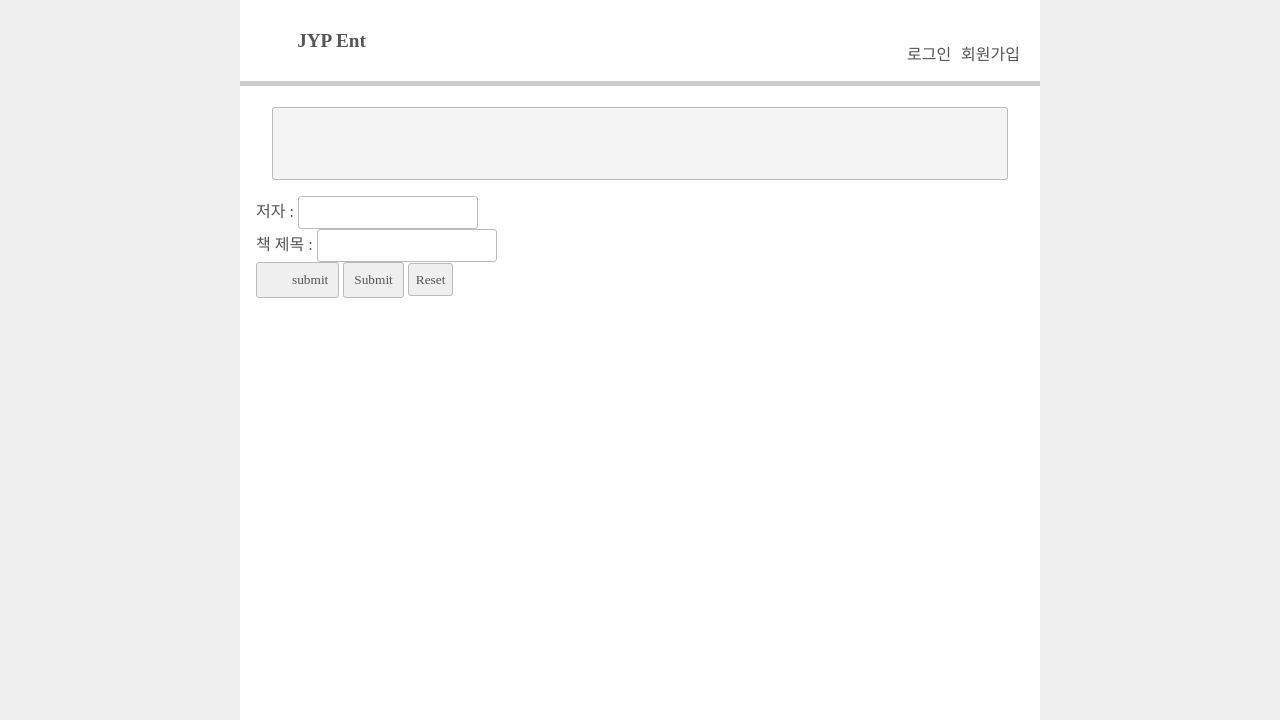
Repository: junyong231/JSP-SSIT
Page: http://localhost/jspPro/days01/ex02.jsp
The author's editor kept a copy of each file at every save. The page is drawn from the files as they stood at one save, then again after the next save.
The browser window is 1280 px wide. The pictures show the whole page.
Some web fonts or font styles are not loaded; a fallback is used. The page is served by Tomcat 9. Nobody is signed in. The application's start-up code is not run. Other server files are loaded and not shown.

Above is the page before, as saved 2024-10-15 03:18:13.

### jspPro/src/main/webapp/days01/ex02.jsp
<%@ page contentType="text/html; charset=UTF-8" pageEncoding="UTF-8"%>
<!DOCTYPE html>
<html>
<head>
<meta charset="UTF-8">
<title>Insert title here</title>
<link rel="shortcut icon" type="image/x-icon" href="http://localhost/jspPro/images/SiSt.ico">
<script src="https://ajax.googleapis.com/ajax/libs/jquery/3.7.1/jquery.min.js"></script>
<meta name="viewport" content="width=device-width, initial-scale=1.0">
<meta name="google" content="notranslate">
<link rel="stylesheet" href="http://localhost/jspPro/resources/cdn-main/example.css">
<script src="http://localhost/jspPro/resources/cdn-main/example.js"></script>
<style>
 span.material-symbols-outlined{
    vertical-align: text-bottom;
 }
</style>
</head>
<body>
<header>
  <h1 class="main"><a href="#" style="position: absolute;top:30px;">JYP Ent</a></h1>
  <ul>
    <li><a href="#">로그인</a></li>
    <li><a href="#">회원가입</a></li>
  </ul>
</header>
<div>
  <xmp class="code">

  </xmp>

  <form action="">
  저자 : <input type="text" id="title" name="title" > <br>
  책 제목 : <input type="text" id="author" name="author"> <br>
  <button type="button">submit</button>
  <input type="submit">
  <input type="reset">
  </form>

</div>
<script>

</script>
</body>
</html>

### jspPro/src/main/webapp/resources/cdn-main/example.css
@charset "UTF-8";

@import url('https://fonts.googleapis.com/css2?family=Material+Symbols+Outlined:opsz,wght,FILL,GRAD@20..48,100..700,0..1,-50..200');

@font-face {
    font-family: 'GmarketSansMedium';
    src: url('https://cdn.jsdelivr.net/gh/projectnoonnu/noonfonts_2001@1.1/GmarketSansMedium.woff') format('woff');
    font-weight: normal;
    font-style: normal;
}

:root {
	--text-color: #555;
	--sub-text-color: #777;
	--back-color: #EFEFEF;
	--header-color: #444;
	--primary-color: #DEDEDE;
	--secondary-color: #EFEFEF;
	--default-width: 800px;
	--narrow-width: 500px;
	--wide-width: 1200px;
	--text-font: 'GmarketSansMedium';
	--icon-font: 'Material Symbols Outlined';
	--border-color: #CCC;
}

html, body {
	margin: 0;
	padding: 0;
}

html {
	background-color: var(--back-color);
	display: flex;
	justify-content: center;
	min-height: 100vh;
}

body, body.default {
	width: var(--default-width);
	background-color: white;
	padding-bottom: 120px;
}

body.wide {
	width: var(--wide-width);
}

body.narrow {
	width: var(--narrow-width);
}



body, p, div, span, a, input, select, option, textarea, button, table, th, td, label, fieldset, legend {
	font-family: var(--text-font);
	color: var(--text-color);
}

h1, h2, h3 {
	font-family: var(--text-font);
	color: var(--header-color);
	padding: 0 1rem;
	padding-top: .5rem;
}

div > h1, div > h2, div > h3 {
	padding: 0;
}

body > div, body > main > div {
	padding: 0.3rem 1rem;
}


h1 { font-size: 2rem; border-bottom: 1px solid var(--border-color); }
h1 small { font-size: 1.2rem; color: var(--sub-text-color); }
h2 { font-size: 1.5rem; border-bottom: 1px dashed var(--border-color); }
h2 small { font-size: 1.1rem; color: --sub-text-color; }
h3 { font-size: 1.2rem; }
h3 small { font-size: 1rem; color: --sub-text-color; }



h1.main::before {
	font-family: var(--icon-font);
  	content: '\e666';
  	margin-right: 10px;
  	float: left;
	font-size: 2.5rem;
}

h1.sub::before {
	font-family: var(--icon-font);
  	content: '\ea19';
  	margin-right: 10px;
  	float: left;
	font-size: 2.5rem;
}


h1.page::before {
	font-family: var(--icon-font);
  	content: '\e0e0';
  	margin-right: 10px;
  	float: left;
	font-size: 2.5rem;
}

body > header > ul > li > .active{
	background-color: #FFF;
	color:#F00;
}

body > header {
	display: flex;
	justify-content: space-between;
	border-bottom: 5px solid var(--border-color);
	min-height: 74px;
	background-color: #FFF;
}

body > header.sticky {
	position: sticky;
	top: 0;
	z-index: 98;
}

body > header > h1 {
	font-size: 1.2rem;
	border: 0;
}

body > header.in > h1::before {
	font-family: var(--icon-font);
  	content: '\e332‥';
  	margin-right: 3px;
  	float: left;
	font-size: 2rem;
}


body > header > ul {
	list-style-type: none;
	display: flex;
	align-items: flex-end;
	margin-right: 10px;
}

body > header > ul > li {
	margin-right: 10px;
	cursor: pointer;
}

body > header > ul > li > a {
	cursor: pointer;
}


form {
	display: block;
}

form > div {
	padding: 0.3rem 1rem;
}

div > form > div {
	padding: 0.3rem 0;
}

input, textarea, button, select {
	border: 1px solid #BBB;
	border-radius: 3px;
	outline: none;
	resize: none;
	padding: 7px;
	margin: 0;
}

input[type=text]:read-only, textarea:read-only {
	cursor: not-allowed;
	background-color: #FFF;
}

input[type=text]:disabled, textarea:disabled {
	cursor: not-allowed;
	background-color: #EEE;
}

input[type=text], input[type=password], textarea, button, select {
	/* width: 300px; */
}

textarea {
	display: block;
	height: 100px;
}

input[type=button], input[type=submit], button {
	/* width: inherit; */
}

input.short, textarea.short, button.short, select.short {
	width: 100px;
}

input.long, textarea.long, button.long, select.long {
	width: 350px;
}

.narrow input.long, .narrow textarea.long, .narrow button.long, .narrow select.long {
	width: calc(100% - 20px);
}

input.full, textarea.full, button.full, select.full {
	width: calc(100% - 20px);
}

textarea.short {
	height: 50px;
}

textarea.long {
	height: 100px;
}

textarea.full {
	height: 200px;
}

input, textarea {
	padding-top: 8px;
}

input[type=button], input[type=submit], button {
	padding: 5px 10px;
	background-color: var(--secondary-color);
	cursor: pointer;
	min-height: 36px;
}

input[type=button].primary, input[type=submit].primary, button.primary {
	/* background-color: rgba(100, 149, 237, .2); */
	background-color: var(--primary-color);
}

input[type=button].primary:hover, input[type=submit].primary:hover, button.primary:hover {
	/* background-color: rgba(100, 149, 237, .3); */
	background-color: var(--secondary-color);
}

input[type=button]:hover, input[type=submit]:hover, button:hover {
	background-color: var(--primary-color);
}

button {
	position: relative;
	left: 0;
	top: 0;
	padding-left: 35px;
}

button .material-symbols-outlined {
	position: absolute;
	left: 10px;
	top: 4px;
}

/* k2nik add */
button.login::before {
	font-family: var(--icon-font);
  	content: '\ea77';
	position: absolute;
	left: 11px;
	top: 4px;
	font-size: 1.25rem;
}

/* k2nik logout */
button.logout::before {
	font-family: var(--icon-font);
  	content: '\e9ba';
	position: absolute;
	left: 11px;
	top: 4px;
	font-size: 1.25rem;
}

/* k2nik help */
button.help::before {
	font-family: var(--icon-font);
  	content: '\f1c0';
	position: absolute;
	left: 11px;
	top: 4px;
	font-size: 1.25rem;
}

button.add::before{
	font-family: var(--icon-font);
  	content: '\e746';
	position: absolute;
	left: 11px;
	top: 4px;
	font-size: 1.25rem;
}

button.back::before {
	font-family: var(--icon-font);
  	content: '\e166';
	position: absolute;
	left: 11px;
	top: 4px;
	font-size: 1.25rem;
}

button.list::before {
	font-family: var(--icon-font);
  	content: '\e0ee';
	position: absolute;
	left: 11px;
	top: 4px;
	font-size: 1.25rem;
}


button.del::before {
	font-family: var(--icon-font);
  	content: '\e872';
	position: absolute;
	left: 11px;
	top: 4px;
	font-size: 1.25rem;
}


button.edit::before {
	font-family: var(--icon-font);
  	content: '\e745';
	position: absolute;
	left: 11px;
	top: 4px;
	font-size: 1.25rem;
}


button.login::before {
	font-family: var(--icon-font);
  	content: '\ea77';
	position: absolute;
	left: 11px;
	top: 4px;
	font-size: 1.25rem;
}


button.logout::before {
	font-family: var(--icon-font);
  	content: '\e9ba';
	position: absolute;
	left: 11px;
	top: 4px;
	font-size: 1.25rem;
}


button.in::before {
	font-family: var(--icon-font);
  	content: '\f71a';
	position: absolute;
	left: 11px;
	top: 4px;
	font-size: 1.25rem;
}


button.out::before {
	font-family: var(--icon-font);
  	content: '\f70e';
	position: absolute;
	left: 11px;
	top: 4px;
	font-size: 1.25rem;
}


button.reply::before {
	font-family: var(--icon-font);
  	content: '\e15e';
	position: absolute;
	left: 11px;
	top: 4px;
	font-size: 1.25rem;
}


button.comment::before {
	font-family: var(--icon-font);
  	content: '\e0b9';
	position: absolute;
	left: 11px;
	top: 4px;
	font-size: 1.25rem;
}


button.modal::before {
	font-family: var(--icon-font);
  	content: '\e89e';
	position: absolute;
	left: 11px;
	top: 4px;
	font-size: 1.25rem;
}


button.ok::before {
	font-family: var(--icon-font);
  	content: '\e86c';
	position: absolute;
	left: 11px;
	top: 4px;
	font-size: 1.25rem;
}


button.cancel::before {
	font-family: var(--icon-font);
  	content: '\e5c9';
	position: absolute;
	left: 11px;
	top: 4px;
	font-size: 1.25rem;
}

button.search::before {
	font-family: var(--icon-font);
  	content: '\e8b6';
	position: absolute;
	left: 11px;
	top: 4px;
	font-size: 1.25rem;
}

button.home::before {
	font-family: var(--icon-font);
  	content: '\e88a';
	position: absolute;
	left: 11px;
	top: 4px;
	font-size: 1.25rem;
}


button.sidebar::before {
	font-family: var(--icon-font);
  	content: '\f7e4';
	position: absolute;
	left: 11px;
	top: 4px;
	font-size: 1.25rem;
}


button.sidebar-right::before {
	font-family: var(--icon-font);
  	content: '\f7e5';
	position: absolute;
	left: 11px;
	top: 4px;
	font-size: 1.25rem;
}




button::before {
	font-family: var(--icon-font);
  	content: '\e323';
	position: absolute;
	left: 11px;
	top: 4px;
	font-size: 1.25rem;
}


table {
	border-collapse: collapse;
	margin: 1rem;
	box-sizing: border-box;
	width: calc(100% - 32px);
}

table.content {
	width: auto;
}

div > table {
	margin: 0;
}

table th, table td {
	border: 1px solid var(--border-color);
	padding: 7px;
	font-weight: normal;
}

table th {
	background-color: var(--back-color);
}

table.vertical th {
	width: 150px;
}

table.vertical td {
	width: calc(100% - 182px);
	padding-left: 10px;
}

table.content td, table.content th {
	width: auto;
}

body.narrow table.vertical th {
	width: 100px;
}

body.narrow table.vertical td {
	width: calc(100% - 182px);
}


table + table {
	margin-top: 30px;
}


p {
	padding: 0 1rem;
}

a {
	text-decoration: none;
}

a:hover {
	color: rgba(255, 99, 71, .7);
}

hr {
	border: 0;
	border-top: 1px solid var(--border-color);
	margin: 2rem 0;
}

.message {
	border: 1px solid var(--border-color);
	background-color: #EFEFEF;
	margin: 1rem;
	width: auto;
	padding-top: 10px;
	padding-bottom: 10px;
	font-size: 14px;
}

.message[title]::before {
	content: attr(title);
	display: block;
	border-bottom: 1px solid var(--border-color);
	padding-bottom: 5px;
	margin-bottom: 10px;
	margin-top: 7px;
}

.message.short {
	max-width: 250px;
}

.message.long {
	max-width: 500px;
}

.badge {
	float: right;
	font-size: .8rem;
	margin-top: 2px;
	margin-right: 2px;
	text-shadow: 0 0 7px gray;
}

.badge.left {
	float: none;
	margin-left: 2px;
}

.badge.right {
	float: right;
}

.badge.red {
	border-radius: 50%;
	padding: 2px 5px;
	background-color: rgb(255, 99, 71, .3);
}

.badge.yellow {

	border-radius: 50%;
	padding: 2px 5px;
	background-color: rgb(255, 215, 0, .5);
}

.badge.blue {
	border-radius: 50%;
	padding: 2px 5px;
	background-color: rgb(100, 149, 237, .3);
}

label + label {
	margin-left: 7px;
}

label input[type=checkbox], label input[type=radio] {
	transform: translate(0, 1px);
}

.group {
	display: flex;
}

.modal-content .group {
	margin-bottom: .5rem;
}

.group label {
	border: 1px solid #BBB;
	border-radius: 3px;
	outline: none;
	resize: none;
	padding: 7px 14px;
	margin: 0;
	border-top-right-radius: 0;
	border-bottom-right-radius: 0;
	background-color: #EFEFEF;
	white-space: nowrap;
	font-size: 14px;
}

.group input[type=text] {
	margin-left: -1px;
	border-top-left-radius: 0;
	border-bottom-left-radius: 0;
}

.group select {
	margin-left: -1px;
	border-top-left-radius: 0;
	border-bottom-left-radius: 0;
}

.group input.full[type=text] {
	margin-left: -1px;
	border-top-left-radius: 0;
	border-bottom-left-radius: 0;
	width: 100%;
}

.group input[type=button]:first-child, .group button:first-child {
	border-top-left-radius: 3px;
	border-bottom-left-radius: 3px;
	margin-left: 0px;
}

.group input[type=button], .group button {
	border-radius: 0;
	margin-left: -1px;
}

.group input[type=button]:last-child, .group button:last-child {
	margin-left: -1px;
	border-top-right-radius: 3px;
	border-bottom-right-radius: 3px;
}

.seperate {
	display: flex;
	justify-content: space-between;
}

div.list {
	width: max-content;
	margin: 1rem;
	border: 1px solid #BBB;
	border-radius: 3px;
	padding: 0;
}

div.list.full {
	width: auto;
	display: block;
	margin: 1rem;
	border: 1px solid #BBB;
	border-radius: 3px;
	padding: 0;
}

div.list > div {
	padding: .5rem 1rem;
	margin: 0;
	border-bottom: 1px solid #BBB;
}

div.list > div:last-child {
	border-bottom: 0;
}

pre.code , xmp.code{
	font-family: consols;
	background-color: rgba(150, 150, 150, .1);
	border: 1px solid #BBB;
	border-radius: 3px;
	padding: .5rem 1rem;
	padding-bottom: .6rem;
	margin: 1rem;
}




*[data-modal-window] {
	position: fixed;
	background-color: rgba(0, 0, 0, .3);
	left: 0;
	top: 0;
	display: none;
	justify-content: center;
	align-items: flex-start;
	width: 100%;
	min-height: 100vh;
	z-index: 100;
	opacity: 0;
	transition: 500ms all;
}

*[data-modal-window] .modal-container {
	border-radius: 5px;
	padding: 1rem;
	padding-bottom: .5rem;
	margin-top: -500px;
	opacity: 0;
	width: 500px;
	background-color: #FFF;
	margin-right: 2rem;
	transition: 500ms all;
}

*[data-modal-size=content] .modal-container {
	width: auto;
}

*[data-modal-size=narrow] .modal-container {
	width: 300px;
}

*[data-modal-size=wide] .modal-container {
	width: 760px;
}


*[data-modal-window] .modal-header {
	border-bottom: 1px solid var(--border-color);
	padding: 2px 5px;
}

*[data-modal-window] .modal-content {
	padding: 1rem 5px;
}

*[data-modal-window] .modal-content div:last-child {
	margin-top: 1rem;
	text-align: right;
}



*[data-sidebar-window] {
	position: fixed;
	background-color: #FFF;
	left: 0;
	top: 0;
	display: block;
	width: 300px;
	border-right: 1px solid var(--border-color);
	box-sizing: border-box;
	box-shadow: 0 0 3px var(--back-color);
	min-height: 100vh;
	z-index: 99;
	transform: translate(-300px, 0);
	transition-duration: 500ms;
	transition-property: transform;
}

*[data-sidebar-direction=right] {
	left: auto;
	right: 0;
	transform: translate(300px, 0);
	border-left: 1px solid var(--border-color);
}

*[data-sidebar-size=wide] {
	width: 500px;
	transform: translate(-500px, 0);
}

*[data-sidebar-window] .sidebar-title {
	border-bottom: 1px solid var(--border-color);
	margin-top: 20px;
	margin-bottom: 20px;
	padding-bottom: 5px;
	display: flex;
	justify-content: space-between;
}

*[data-sidebar-window] .sidebar-title span:last-child {
	cursor: pointer;
}


/* K2Nik pagination */
.center {
  text-align: center;
}

.pagination {
  display: inline-block;
}

.pagination a {
  color: black;
  float: left;
  padding: 3px 6px;
  text-decoration: none;
  transition: background-color .3s;
  border: 1px solid #ddd;
  margin: 0 3px;
}

.pagination a.active {
  background-color: #4CAF50;
  color: white;
  border: 1px solid #4CAF50;
}

.pagination a:hover:not(.active) {background-color: #ddd;}

### jspPro/src/main/webapp/resources/cdn-main/example.js

window.onload = () => {

    const list = document.querySelectorAll('input, textarea');

    list.forEach(item => {
        item.setAttribute('autocomplete', 'off');
    });


    const modal_btn_list = document.querySelectorAll('*[data-modal-button]');

    modal_btn_list.forEach(item => {
        item.onclick = function() {

            const name = this.dataset['modalButton'];
            const modal_window = document.querySelector('*[data-modal-window=' + name);

            const container = document.createElement('div');
            container.className = 'modal-container';



            const modal_header = document.createElement('div');
            modal_header.textContent = modal_window.dataset['modalTitle'];
            modal_header.className = 'modal-header';
            container.appendChild(modal_header);

            const modal_content = document.createElement('div');
            modal_content.className = 'modal-content';
            container.appendChild(modal_content);

            Array.from(modal_window.childNodes).forEach(item => {
                modal_content.appendChild(item);
            });

            modal_window.appendChild(container);

            modal_window.style.display = 'flex';

            setTimeout(() => {
                modal_window.style.opacity = 1;
                container.style.marginTop = '20px';
                container.style.opacity = 1;
            }, 50);


            const modal_ok = document.querySelector('*[data-modal-ok=' + name);
            modal_ok.addEventListener('click', function() {
                modal_window.style.opacity = 0;
                container.style.marginTop = '-500px';
                container.style.opacity = 0;

                setTimeout(() => {
                    modal_window.innerHTML = modal_content.innerHTML;
                    modal_window.style.display = 'none';
                }, 500);

            });

            const modal_cancel = document.querySelector('*[data-modal-cancel=' + name);
            modal_cancel.addEventListener('click', function() {

                modal_window.style.opacity = 0;
                container.style.marginTop = '-500px';
                container.style.opacity = 0;

                setTimeout(() => {
                    modal_window.innerHTML = modal_content.innerHTML;
                    modal_window.style.display = 'none';
                }, 500);
            });


        };
    });


    const sidebar_btn_list = document.querySelectorAll('*[data-sidebar-button]');

    sidebar_btn_list.forEach(item => {
        item.onclick = function() {



            const name = this.dataset['sidebarButton'];
            const sidebar_window = document.querySelector('*[data-sidebar-window=' + name);

            if (sidebar_window.style.transform == 'translate(0px, 0px)') return;



            sidebar_window.style.transform = 'translate(0, 0)';

            const sidebar_title = document.createElement('div');
            sidebar_title.className = 'sidebar-title';
            sidebar_title.innerHTML = '<span>' + sidebar_window.dataset['sidebarTitle'] + '</span><span class="material-symbols-outlined">close</span>';

            sidebar_title.children[1].onclick = function() {

                let sign = 1;
                let distance = 300;

                if (sidebar_window.dataset['sidebarDirection'] != 'right') {
                    sign = -1;
                } else {
                    sign = 1;
                }

                if (sidebar_window.dataset['sidebarSize'] != 'wide') {
                    distance = 300;
                } else {
                    distance = 500;
                }

                distance *= sign;

                sidebar_window.style.transform = 'translate(' + distance + 'px, 0)';

                setTimeout(function() {
                    sidebar_window.removeChild(sidebar_window.children[0]);
                }, 500);
            };


            sidebar_window.prepend(sidebar_title);

        }
    });

};

// window.onkeydown = function(event) {

//     if (event.keyCode == 27) {
//         if (document.querySelector('[data-modal-window').style.display == 'flex') {
//             document.querySelector('[data-modal-window').style.display = 'none';
//         }
//     }

// };

After the next save:
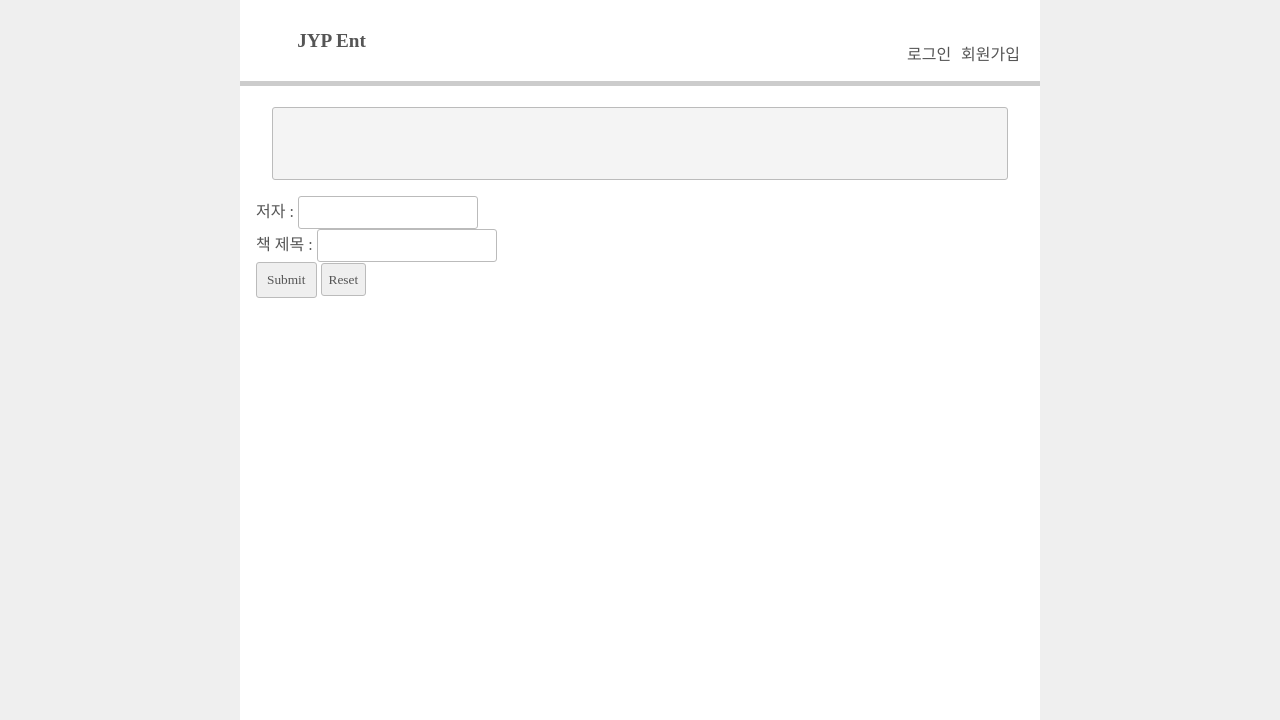
Saved 24 s later.
--- a/jspPro/src/main/webapp/days01/ex02.jsp
+++ b/jspPro/src/main/webapp/days01/ex02.jsp
@@ -32,7 +32,7 @@
   <form action="">
   저자 : <input type="text" id="title" name="title" > <br>
   책 제목 : <input type="text" id="author" name="author"> <br>
-  <button type="button">submit</button>
+  <!-- <button type="button">submit</button> -->
   <input type="submit">
   <input type="reset">
   </form>
